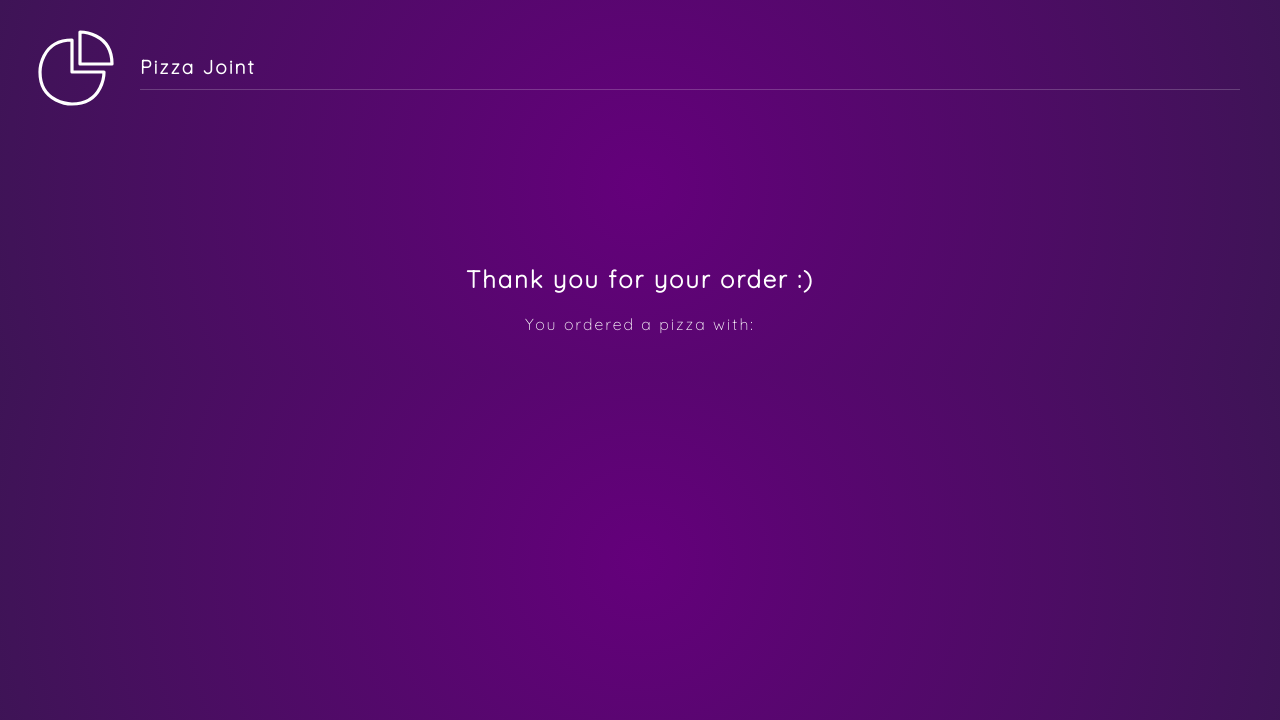
Repository: Bojurie/PizzaAPP
Page: /order
The author's editor kept a copy of each file at every save. The page is drawn from the files as they stood at one save, then again after the next save.
The browser window is 1280 px wide. The pictures show the whole page.
The project was rebuilt for these pictures with package versions that can differ from the ones it lists, and the page was loaded fresh each time. Also part of the build but not shown: src/components/Home.js, src/components/Base.js, src/components/Toppings.js.

Above is the page before, as saved 2023-03-30 06:58:17.

### src/App.js
import React, { useState } from 'react';
import { Route, Switch, useLocation} from "react-router-dom";
import Header from './components/Header';
import Home from './components/Home';
import Base from './components/Base';
import Toppings from './components/Toppings';
import Order from './components/Order';
import { AnimatePresence} from 'framer-motion'

function App() {
  const location = useLocation()
  const [pizza, setPizza] = useState({ base: "", toppings: [] });

  const addBase = (base) => {
    setPizza({ ...pizza, base })
  }

  const addTopping = (topping) => {
    let newToppings;
    if(!pizza.toppings.includes(topping)){
      newToppings = [...pizza.toppings, topping];
    } else {
      newToppings = pizza.toppings.filter(item => item !== topping);
    }
    setPizza({ ...pizza, toppings: newToppings });
  }

  return (
    <>
      <Header />
      <AnimatePresence>
        <Switch location={location} key={location.key}>
            <Route path="/base">
              <Base addBase={addBase} pizza={pizza} />
            </Route>
            <Route path="/toppings">
              <Toppings addTopping={addTopping} pizza={pizza} />
            </Route>
            <Route path="/order">
              <Order pizza={pizza} />
            </Route>
            <Route path="/">
              <Home />
            </Route>
        </Switch>
      </AnimatePresence>
    </>
  );
}

export default App;

### src/components/Header.js
import React from 'react';
import {motion} from 'framer-motion'

const Header = () => {
  return (
    <header>
      <div className="logo">
        <svg className="pizza-svg" xmlns="http://www.w3.org/2000/svg" viewBox="0 0 100 100">
          <path
            fill="none"
            d="M40 40 L80 40 C80 40 80 80 40 80 C40 80 0 80 0 40 C0 40 0 0 40 0Z"
          />
          <path
            fill="none"
            d="M50 30 L50 -10 C50 -10 90 -10 90 30 Z"
          />
        </svg>
      </div>
      <motion.div animate={{y: -10}} initial={{y: -250}} transition={{delay: 0.2, type: 'spring', stiffness: 120}} className="title">
        <h1>Pizza Joint</h1>
      </motion.div>
    </header>
  )
}

export default Header;

### src/components/Order.js
import React from 'react';
import { motion} from 'framer-motion';


const containerVariant = {
  hidden: {
    opacity: 0,
    x: '100vw'
  },
  visible: {
    opacity: 1,
    x: 0,
    transition: {
      type: 'spring',
      damping: 8,
      mass: 0.4,
      when: 'beforeChildren',
      staggerChildren: 0.4,
      // delay: 0.5
    }
  }
}

const childVariants = {
  hidden: {
    opacity: 0
  },
  visible: {
    opacity: 1
  }
}

const Order = ({ pizza }) => {
  // const [showTitle, setShowTitle] =useState(true)
  // setTimeout(() => {
  //   setShowTitle(false)
  // }, 4000);

  return (
    <motion.div
      variants={containerVariant}
      initial='hidden'
      animate='visible'
      className="container order">
        {/* <AnimatePresence>
          { showTitle && (
           <motion.h2 exit={{y: -1000}}>Thank you for your order :)</motion.h2>
          )}
        </AnimatePresence> */}

      <h2 >Thank you for your order :)</h2>
      <motion.p variants={childVariants}>You ordered a {pizza.base} pizza with:</motion.p>
      {pizza.toppings.map(topping => <div key={topping}>{topping}</div>)}
    </motion.div>
  )
}

export default Order;

Loaded but not shown: public/index.html (common file); src/index.js (common file); src/index.css (common file)

After the next save:
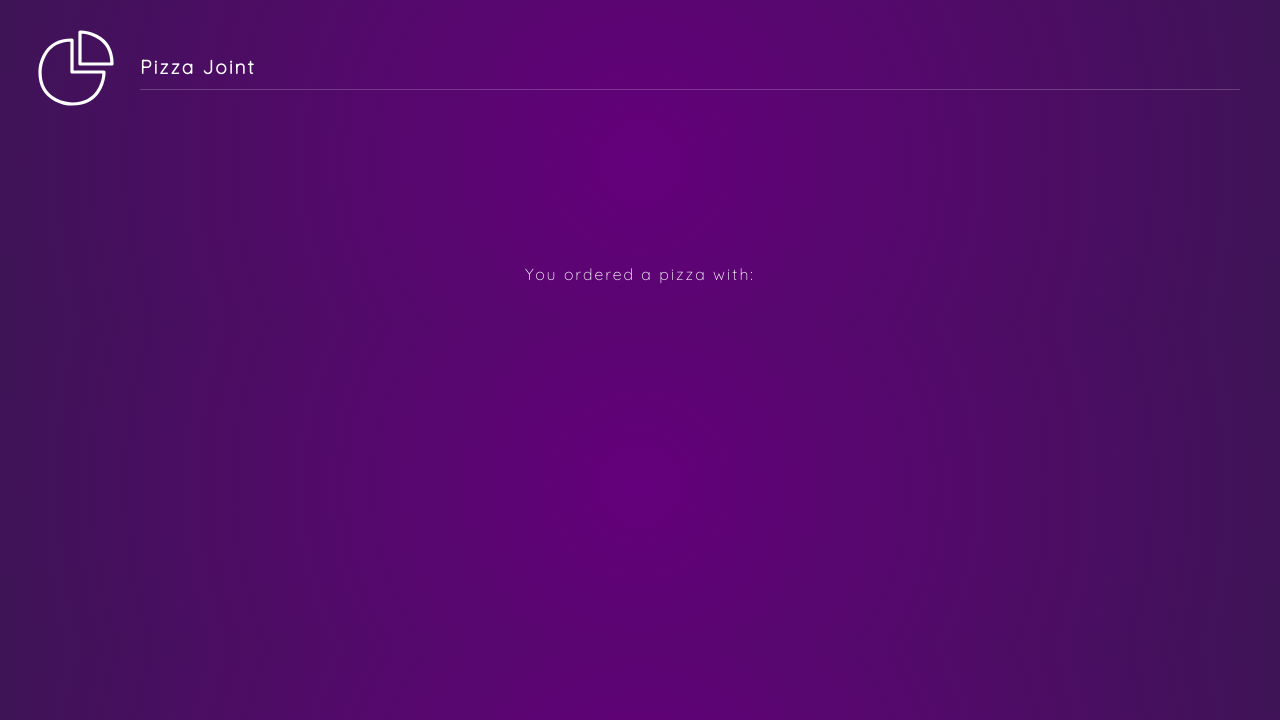
Saved 2 min 10 s later.
--- a/src/components/Order.js
+++ b/src/components/Order.js
@@ -1,5 +1,5 @@
-import React from 'react';
-import { motion} from 'framer-motion';
+import React, { useState} from 'react';
+import { motion, AnimatePresence } from 'framer-motion';
 
 
 const containerVariant = {
@@ -31,10 +31,10 @@ const childVariants = {
 }
 
 const Order = ({ pizza }) => {
-  // const [showTitle, setShowTitle] =useState(true)
-  // setTimeout(() => {
-  //   setShowTitle(false)
-  // }, 4000);
+  const [showTitle, setShowTitle] =useState(true)
+  setTimeout(() => {
+    setShowTitle(false)
+  }, 4000);
 
   return (
     <motion.div
@@ -42,13 +42,12 @@ const Order = ({ pizza }) => {
       initial='hidden'
       animate='visible'
       className="container order">
-        {/* <AnimatePresence>
+        <AnimatePresence>
           { showTitle && (
            <motion.h2 exit={{y: -1000}}>Thank you for your order :)</motion.h2>
           )}
-        </AnimatePresence> */}
+        </AnimatePresence>
 
-      <h2 >Thank you for your order :)</h2>
       <motion.p variants={childVariants}>You ordered a {pizza.base} pizza with:</motion.p>
       {pizza.toppings.map(topping => <div key={topping}>{topping}</div>)}
     </motion.div>
